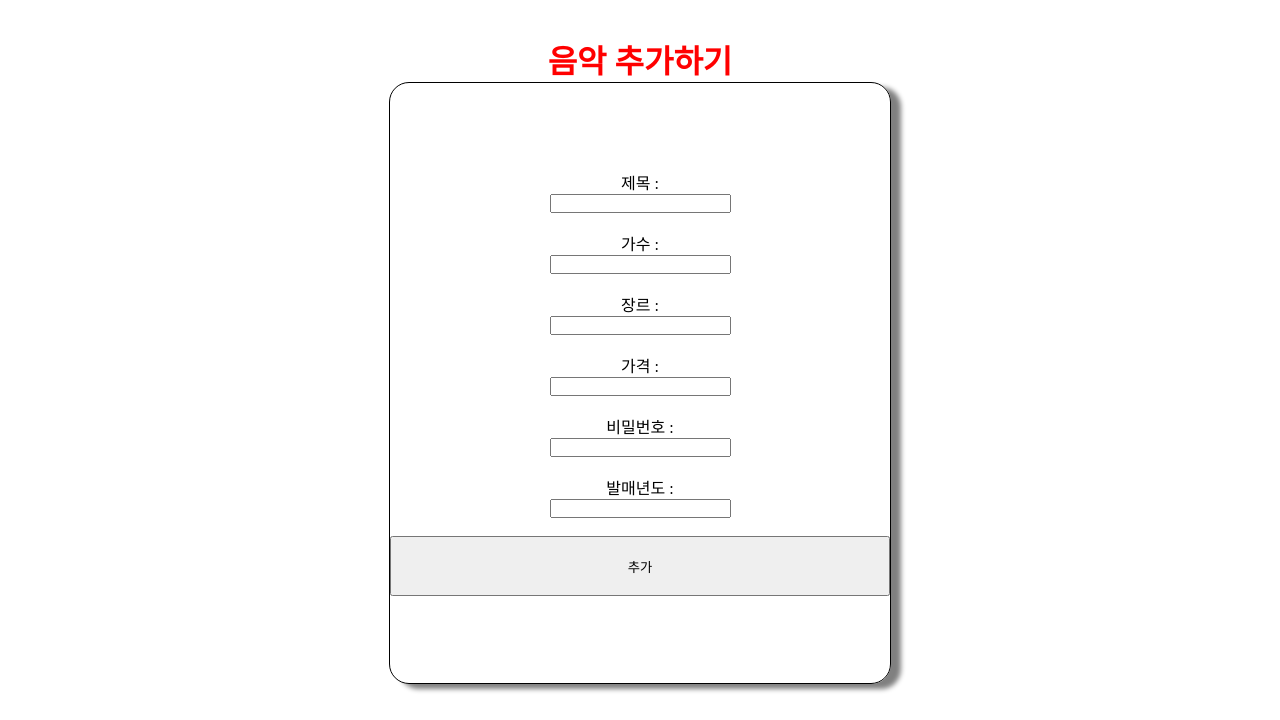
Repository: gimyoni/Music
Page: http://localhost/Music/WEB-INF/views/add.jsp
An editor plug-in stored every save of this project. The page is shown before and after the next save, followed by the edit.
The browser window is 1280 px wide. The pictures show the whole page.
The page is served by Tomcat 9. Nobody is signed in. Other server files are loaded and not shown. The template is opened directly, without the code that normally fills it, so the values that code supplies are empty.

Above is the page before, as saved 2021-07-15 03:10:10.

### Music/src/main/webapp/WEB-INF/views/add.jsp
<%@ page language="java" contentType="text/html; charset=UTF-8"
    pageEncoding="UTF-8"%>
<%@ taglib prefix="c" uri="http://java.sun.com/jsp/jstl/core"%>
<link href="<c:url value="/resources/css/add.css" />" rel="stylesheet">

<!DOCTYPE html>
<html>
<head>
<meta charset="UTF-8">
<title>음악 추가하기</title>
</head>
<body>
	<h1>음악 추가하기</h1>
	<form method="post" action="/add_result">
		제목  : <input type="text" name="song_title"><br>
		가수 : <input type="text" name="song_singer"><br>
		장르  : <input type="text" name="song_genre"><br>
		가격  : <input type="text" name="song_price"><br>
		비밀번호    : <input type="password" name="song_passwd"><br>
		발매년도   : <input type="text" name="song_date"><br>
		<button type="submit">추가</button>
	</form>
</body>
</html>

### Music/src/main/webapp/resources/css/add.css
@charset "UTF-8";

a:link{text-decoration:none;}
a:visited{text-decoration:none;}
a:hover{text-decoration:none;}
a:active{text-decoration:none;}

*{
	margin:0;
	padding:0;
}

h1{
	color:red
}


body{
	height: 100vh;
	display:flex;
	flex-direction : column;
	justify-content:center;
	align-items:center;
}

form{
	display:flex;
	flex-direction : column;
	justify-content:center;
	align-items:center;
	width: 500px;
	height:600px;
	border : 1px solid black;
	box-shadow: 10px 5px 5px gray;
	border-radius:20px;
}

button {
	width:100%;
	height:10%;
}

After the next save:
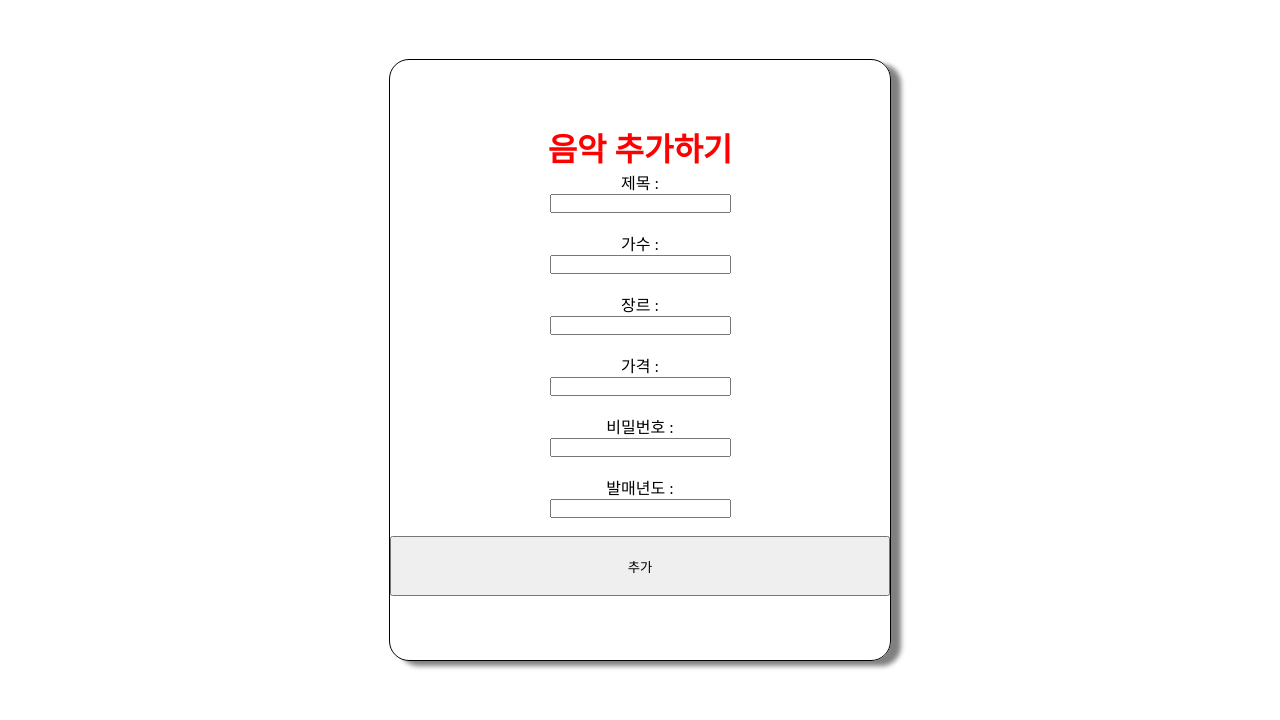
Saved 50 s later.
--- a/Music/src/main/webapp/WEB-INF/views/add.jsp
+++ b/Music/src/main/webapp/WEB-INF/views/add.jsp
@@ -10,8 +10,8 @@
 <title>음악 추가하기</title>
 </head>
 <body>
-	<h1>음악 추가하기</h1>
 	<form method="post" action="/add_result">
+		<h1>음악 추가하기</h1>
 		제목  : <input type="text" name="song_title"><br>
 		가수 : <input type="text" name="song_singer"><br>
 		장르  : <input type="text" name="song_genre"><br>
